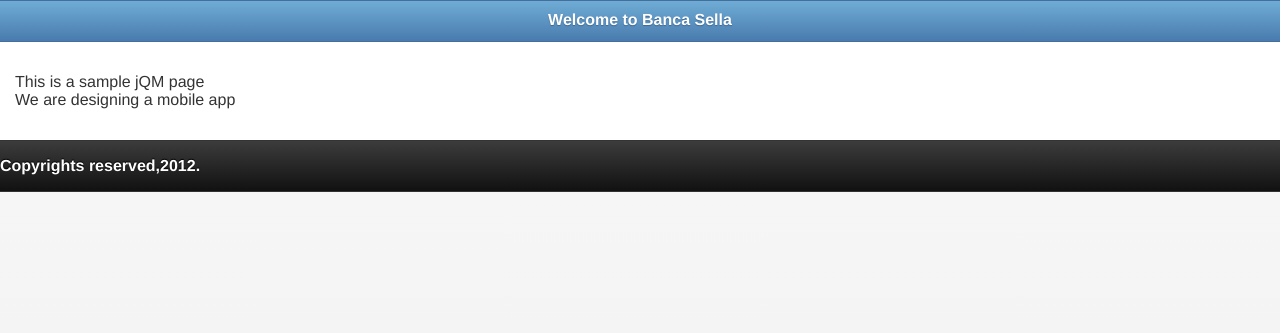
Repository: ravinforu/HTML5_CSS3_JS_Frameworks_Jul_2012-1
Page: jQM1/WebContent/index.html
The author's editor kept a copy of each file at every save. The page is drawn from the files as they stood at one save, then again after the next save.
The browser window is 1280 px wide. The pictures show the whole page.

Above is the page before, as saved 2012-07-21 07:10:48.

After the next save:
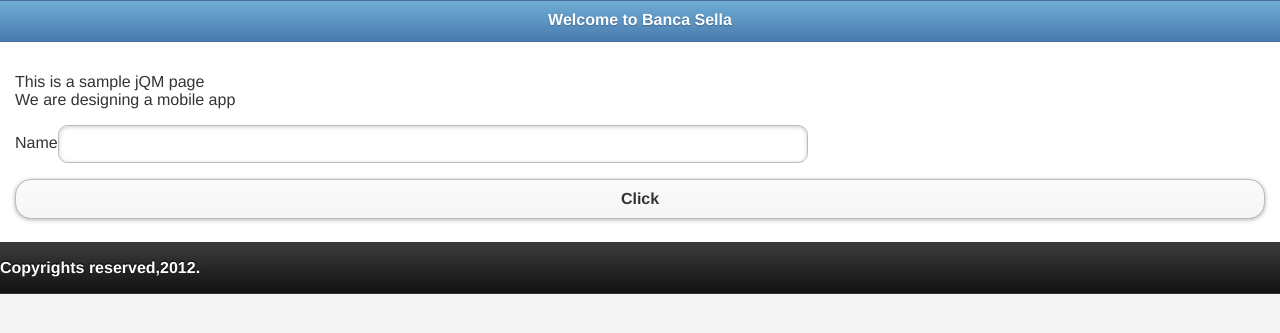
Saved 2 min 18 s later.
--- a/jQM1/WebContent/index.html
+++ b/jQM1/WebContent/index.html
@@ -15,9 +15,11 @@
 				This is a sample jQM page<br/>
 				We are designing a mobile app
 			</p>
-			<p>
-
-			</p>
+			<div data-role="fieldcontain">
+				<label>Name</label>
+				<input type="text">
+			</div>
+			<div data-role="button" id="clickBtn">Click</div>
 		</div>
 		<div data-role="footer" data-theme="a">
 			<p>Copyrights reserved,2012.</p>
